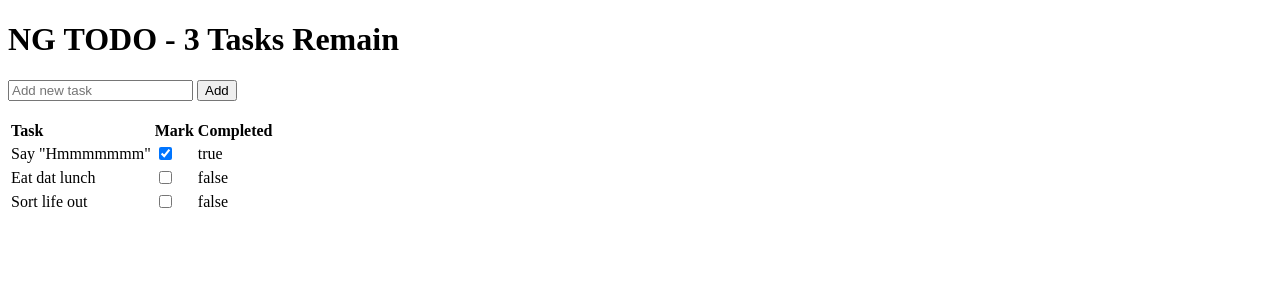
Repository: charlieactor/AngularLabs
Page: ngTodo/WebContent/index.html
The author's editor kept a copy of each file at every save. The page is drawn from the files as they stood at one save, then again after the next save.
The browser window is 1280 px wide. The pictures show the whole page.
Some web libraries are served in a nearby version.

Above is the page before, as saved 2017-08-24 17:25:39.

### ngTodo/WebContent/index.html
<!DOCTYPE html>
<html ng-app="appModule">
<head>
<meta charset="UTF-8">
<title>To Do</title>
<script src="https://cdnjs.cloudflare.com/ajax/libs/angular.js/1.5.7/angular.min.js"></script>
<script src="app/appModule/app.module.js"></script>
<script src="app/appModule/todoList.component.js"></script>
</head>
<body>
	<todo-list>LOADING BISH</todo-list>
</body>
</html>

### ngTodo/WebContent/app/appModule/app.module.js
angular.module('appModule', []);

### ngTodo/WebContent/app/appModule/todoList.component.js
angular.module('appModule')
			  .component('todoList', {
				 templateUrl : "app/appModule/todoList.component.html",
				 controller : function() {
					 var vm = this;

					 vm.addTask = function(todo) {
						var generateId = function() {
						  return vm.todos[vm.todos.length-1].id + 1;
						};
						todo.id = generateId;
						todo.completed = false;
						todo.description = '';
						vm.todos.push(angular.copy(todo));
					 };

					 vm.todoCount = function() {
						return vm.todos.length;
					 };

					 vm.todos = [
					      {
					        id : 1,
					        task : 'Say "Hmmmmmmm"',
					        description : 'Bother Andy relentlessly',
					        completed : true
					      },
					      {
					        id : 2,
					        task : 'Eat dat lunch',
					        description : 'eat it up yall',
					        completed : false
					      },
					      {
					        id : 3,
					        task : 'Sort life out',
					        description : '',
					        completed :  false
					      }
					    ];
				 	},
				 	controllerAs : "vm"
			  });

### ngTodo/WebContent/app/appModule/todoList.component.html
<h1>NG TODO - {{vm.todoCount()}} Tasks Remain</h1>

<form>
	<input type="text" placeholder="Add new task" ng-model="todo.task">
	<input type="submit" value="Add" ng-click="vm.addTask(todo); todo = {};">
</form>
<br>
<div>
<table class="table table-striped">
	<thead>
		<tr>
			<td><strong>Task</strong></td>
			<td><strong>Mark</strong></td>
			<td><strong>Completed</strong></td>
		</tr>
	</thead>
	<tbody>
		<tr ng-repeat="thing in vm.todos">
			<td>{{thing.task}}</td>
			<td>
				<input type="checkbox" ng-model="thing.completed">
			</td>
			<td>{{thing.completed}}</td>
		</tr>
	</tbody>

</table>
</div>

After the next save:
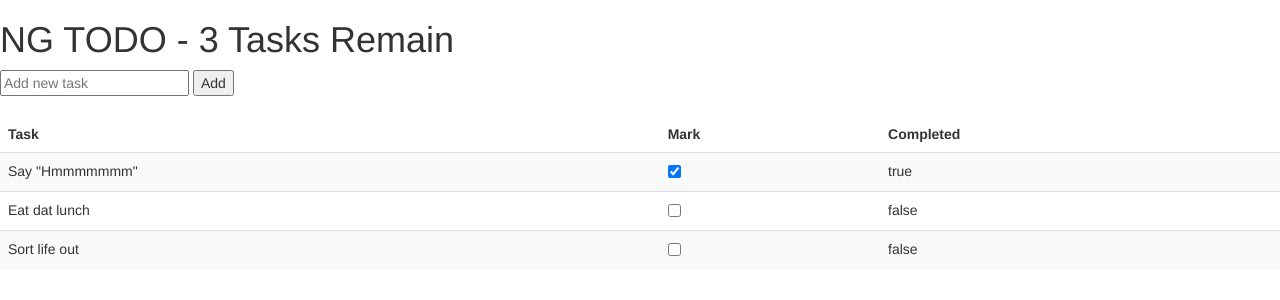
Saved 5 s later.
--- a/ngTodo/WebContent/index.html
+++ b/ngTodo/WebContent/index.html
@@ -3,6 +3,7 @@
 <head>
 <meta charset="UTF-8">
 <title>To Do</title>
+<link href="https://maxcdn.bootstrapcdn.com/bootstrap/3.3.7/css/bootstrap.min.css" rel="stylesheet" integrity="sha384-BVYiiSIFeK1dGmJRAkycuHAHRg32OmUcww7on3RYdg4Va+PmSTsz/K68vbdEjh4u" crossorigin="anonymous">
 <script src="https://cdnjs.cloudflare.com/ajax/libs/angular.js/1.5.7/angular.min.js"></script>
 <script src="app/appModule/app.module.js"></script>
 <script src="app/appModule/todoList.component.js"></script>
